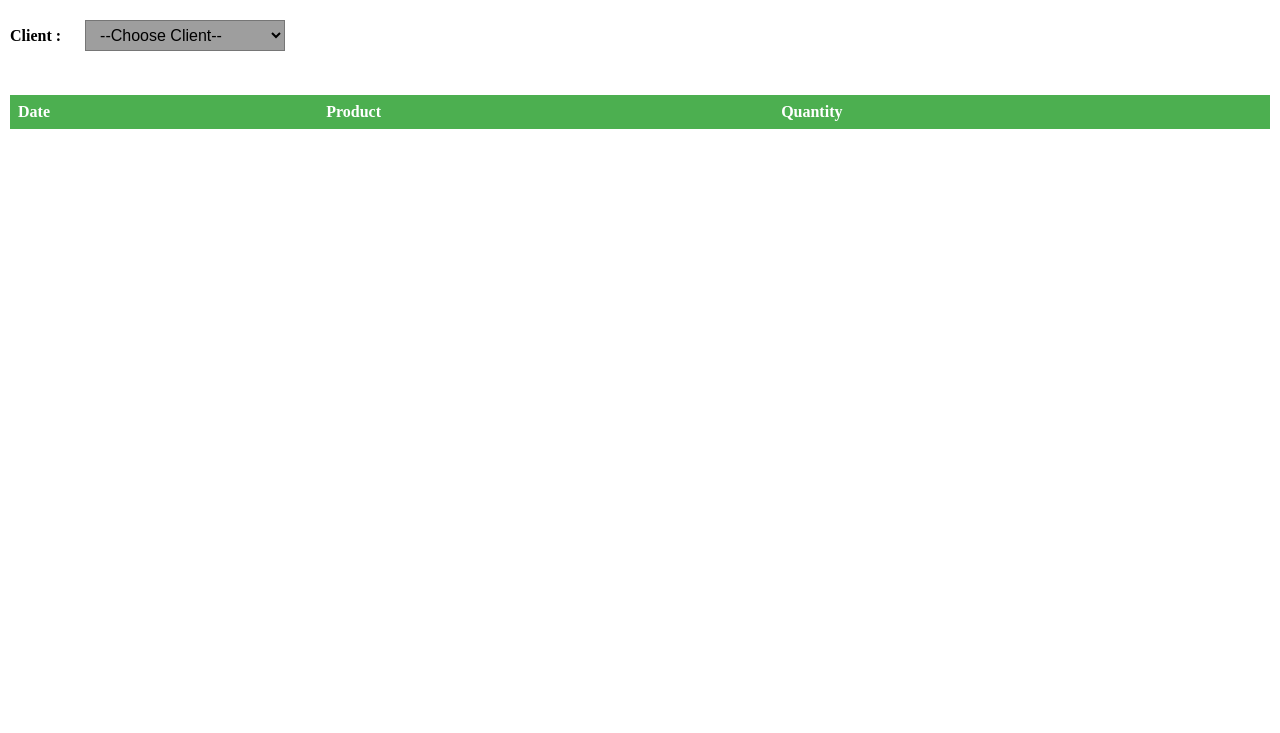
Repository: erjaimin/coding-ground
Page: http://localhost/SalesWebApp/stats.jsp
These files come from the project's save history. The page is drawn as it stood at one moment and after the next save; the edit follows.
The browser window is 1280 px wide. The pictures show the whole page.
Pictures or frames that could not be fetched are drawn as grey boxes. Some web libraries are served in a nearby version. The page is served by Tomcat 9. Queries for data that is not in the repository find no rows.

Above is the page before, as saved 2017-11-28 18:54:43.

After the next save:
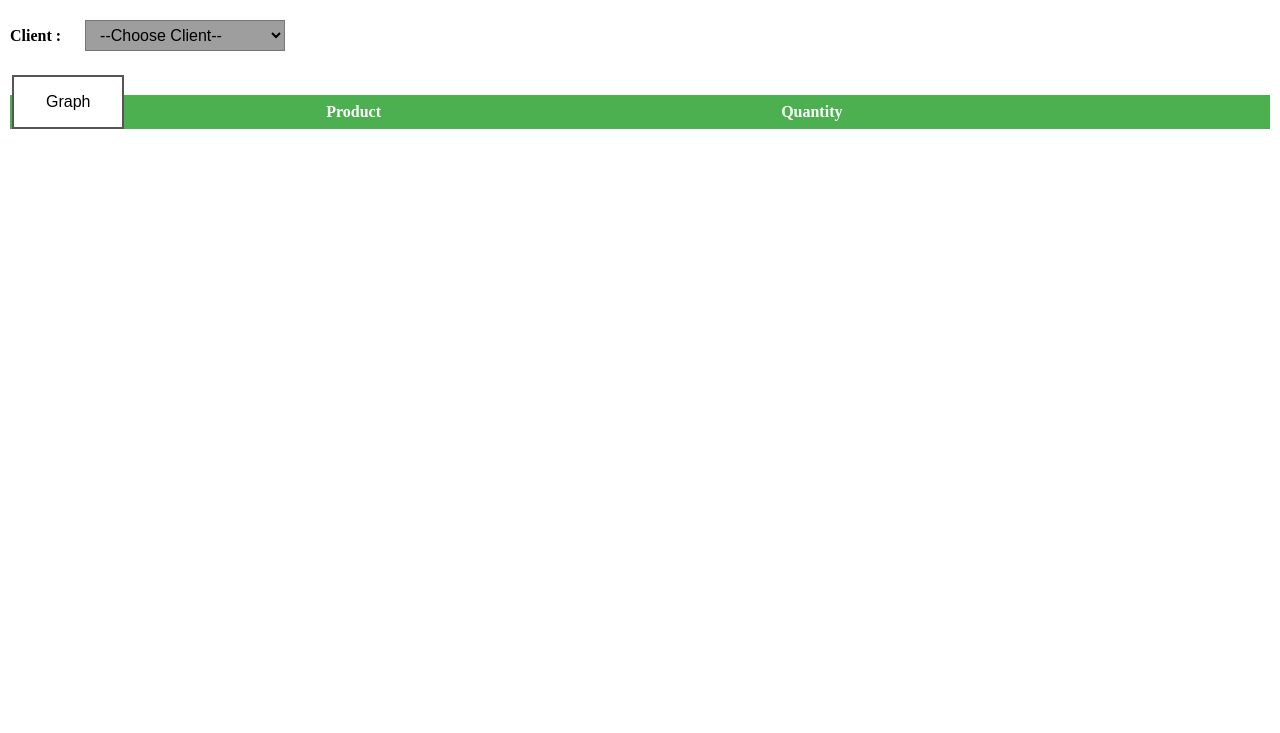
Saved 21 s later.
--- a/SalesWebApp/WebContent/stats.jsp
+++ b/SalesWebApp/WebContent/stats.jsp
@@ -214,7 +214,7 @@
 					});
 			}else{
 				document.getElementById('btnTable').style.display = "none";
-				document.getElementById('btnGraph').style.display = "none";
+				document.getElementById('btnGraph').style.display = "block";
 			}
 		}
 
@@ -235,6 +235,7 @@
 		function graphView(){
 			alert('graph');
 			document.getElementById('tableView').style.display = "none";
+			document.getElementById('graphView').style.display = "none";
 			localStorage.setItem('view','graph');
 		}
 	</script>

After the save that followed:
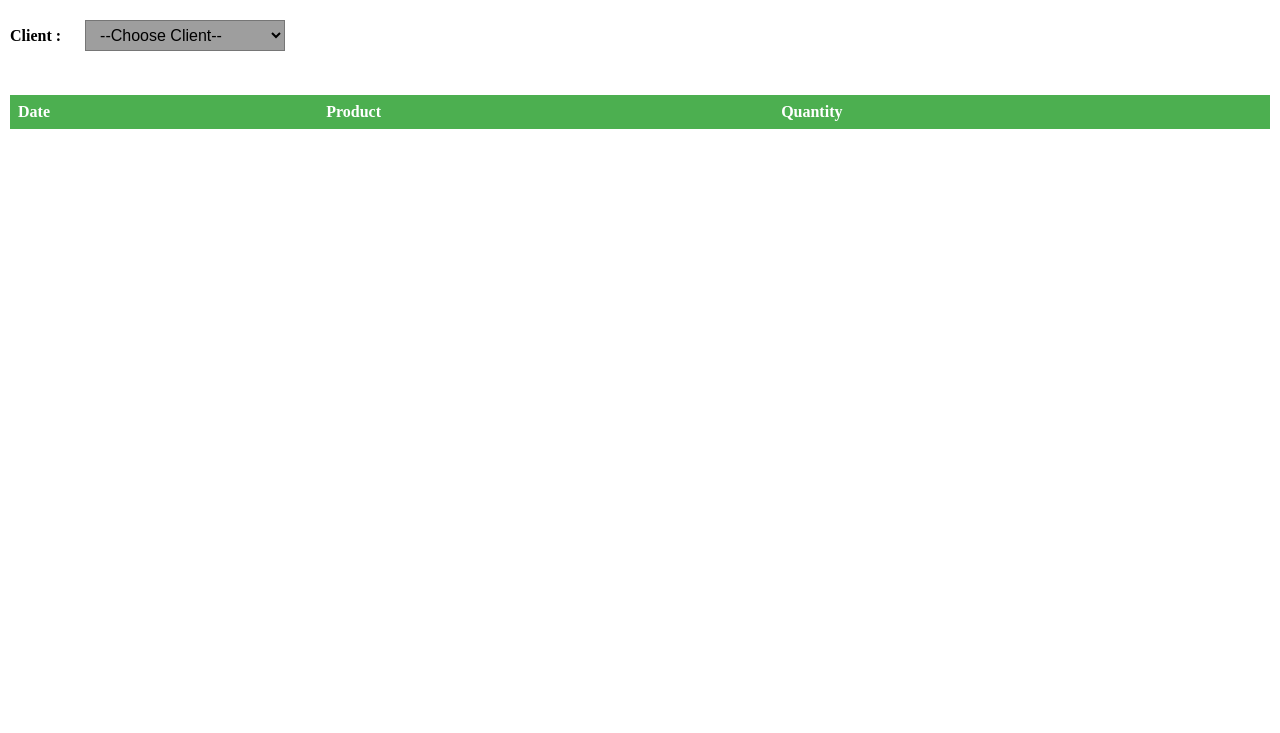
Saved 9 s later.
--- a/SalesWebApp/WebContent/stats.jsp
+++ b/SalesWebApp/WebContent/stats.jsp
@@ -214,7 +214,7 @@
 					});
 			}else{
 				document.getElementById('btnTable').style.display = "none";
-				document.getElementById('btnGraph').style.display = "block";
+				document.getElementById('btnGraph').style.display = "none";
 			}
 		}
 
@@ -235,7 +235,7 @@
 		function graphView(){
 			alert('graph');
 			document.getElementById('tableView').style.display = "none";
-			document.getElementById('graphView').style.display = "none";
+			document.getElementById('graphView').style.display = "block";
 			localStorage.setItem('view','graph');
 		}
 	</script>
